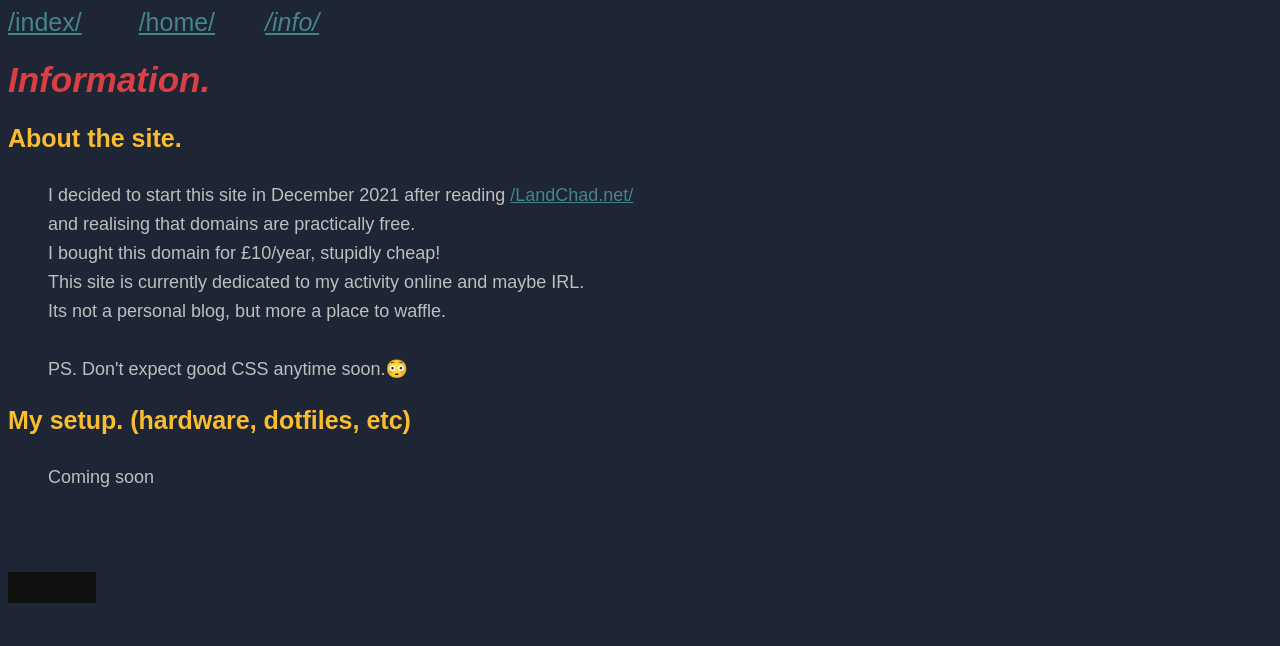
Repository: KieranCrossland/kierancrosslandxyz
Page: info.html
An editor plug-in stored every save of this project. The page is shown before and after the next save, followed by the edit.
The browser window is 1280 px wide. The pictures show the whole page.

Above is the page before, as saved 2022-06-19 01:46:50.

After the next save:
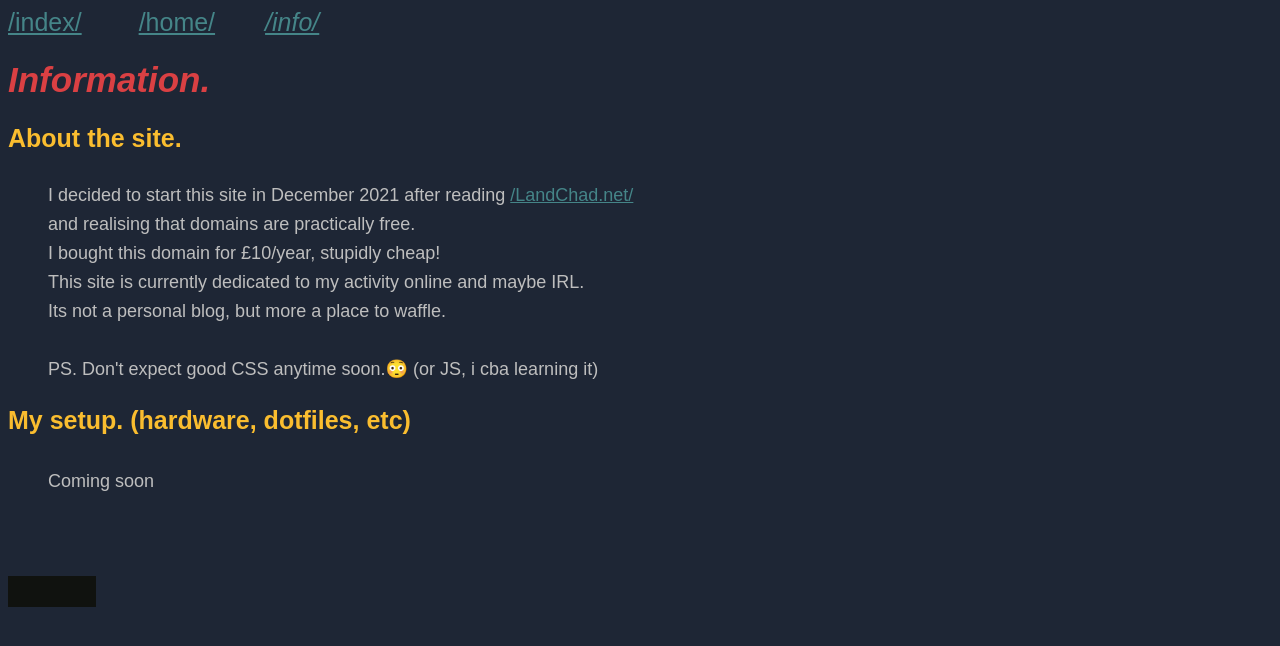
Saved 112 s later.
--- a/info.html
+++ b/info.html
@@ -74,9 +74,10 @@ h1 {
 
  </body>
  </html>
-<p1><br>PS. Don't expect good CSS anytime soon.😳</p1></ul>
+<p1><br>PS. Don't expect good CSS anytime soon.😳 (or JS, i cba learning it)</p1></ul>
 
 <h2>My setup. (hardware, dotfiles, etc)</h2>
+<h3></h3>
 <ul><p1>Coming soon</p1></ul>
 <br><br><a href="https://landchad.net" target="_blank">
  <img src="img/landchad.gif" width="88px" height="31px" alt=""/>
